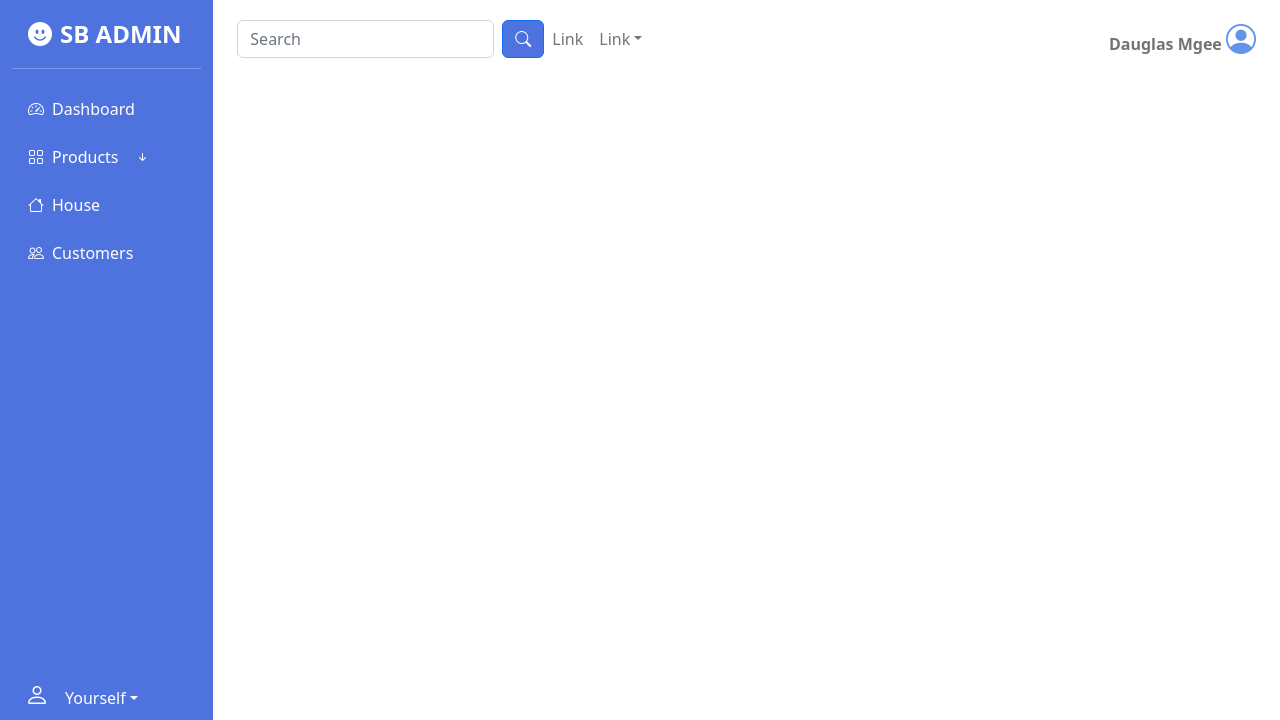
Repository: iqbalaamir/dashboard
Page: /
The author's editor kept a copy of each file at every save. The page is drawn from the files as they stood at one save, then again after the next save.
The browser window is 1280 px wide. The pictures show the whole page.
The project was rebuilt for these pictures with package versions that can differ from the ones it lists, and the page was loaded fresh each time. Also part of the build but not shown: src/App.css.

Above is the page before, as saved 2023-04-24 18:03:42.

### src/App.js
import "./App.css";
import Sidebar from "./components/Sidebar";


function App() {
  return (
<div>
  <Sidebar/>
</div>
  );
}

export default App;

### src/components/Sidebar.js
import React from "react";
import "bootstrap/dist/css/bootstrap.min.css";
import "bootstrap-icons/font/bootstrap-icons.css";
import "bootstrap/js/dist/dropdown";
import "bootstrap/js/dist/collapse";
import "./sidebar.css";
import NavbarComponent from "./NavbarComponent";

export default function Sidebar() {
  return (
    <div className="container-fluid">
      <div className="row">
        <div className="col-auto col-sm-2 sideNav d-flex flex-column justify-content-between min-vh-100">
          <div className="mt-3">
            <a
              className="text-decoration-none ms-3 d-flex align-items-center text-white customHeading"
              role="button"
            >
                 <i className="bi bi-emoji-smile-fill"></i>
              <span className="ms-2 d-none d-sm-inline">SB ADMIN</span>
            </a>
            <hr className="text-white d-none d-sm-block"></hr>
            <ul class="nav nav-pills flex-column mt-2 mt-sm-0" id="parentM">
              <li class="nav-item  my-1 py-2 py-sm-0">
                <a
                  class="nav-link text-white text-center text-sm-start"
                  href="#"
                  aria-current="page"
                >
                  <i className="bi bi-speedometer2"></i>
                  <span className="ms-2 d-none d-sm-inline">Dashboard</span>
                </a>
              </li>
              <li class="nav-item  my-1 py-2 py-sm-0">
                <a
                  class="nav-link text-white text-center text-sm-start"
                  href="#submenu"
                  data-bs-toggle="collapse"
                  aria-current="page"
                >
                  <i className="bi bi-grid"></i>
                  <span className="ms-2 d-none d-sm-inline">Products</span>
                  <i className="bi bi-arrow-down-short ms-0 ms-sm-3"></i>
                </a>
                <ul
                  class="nav collapse ms-2 flex-column"
                  id="submenu"
                  data-bs-parent="#parentM"
                >
                  <li class="nav-item ">
                    <a class="nav-link text-white" href="#" aria-current="page">
                      <span className="d-none d-sm-inline"> Item</span>1
                    </a>
                  </li>
                  <li class="nav-item ">
                    <a class="nav-link text-white" href="#">
                      <span className="d-none d-sm-inline"> Item</span>2
                    </a>
                  </li>
                </ul>
              </li>
              <li class="nav-item  my-1">
                <a
                  class="nav-link text-white text-center text-sm-start"
                  href="#"
                  aria-current="page"
                >
                  <i className="bi bi-house"></i>
                  <span className="ms-2 d-none d-sm-inline">House</span>
                </a>
              </li>
              <li class="nav-item text-white my-1">
                <a
                  class="nav-link text-white text-center text-sm-start"
                  href="#"
                  aria-current="page"
                >
                  <i className="bi bi-people"></i>
                  <span className="ms-2 d-none d-sm-inline">Customers</span>
                </a>
              </li>
            </ul>
          </div>
          <div class="dropdown open">
            <a
              class="btn border-none dropdown-toggle text-white"
              type="button"
              id="triggerId"
              data-bs-toggle="dropdown"
              aria-haspopup="true"
              aria-expanded="false"
            >
              <i className="bi bi-person fs-4"></i>
              <span className="f5-5 ms-3 d-none d-sm-inline">Yourself</span>
            </a>
            <div class="dropdown-menu" aria-labelledby="triggerId">
              <a class="dropdown-item" href="#">
                Profile
              </a>
              <a class="dropdown-item" href="#">
                Setting
              </a>
            </div>
          </div>

        </div>
        <div className="col">
       <NavbarComponent/>
        </div>

      </div>
    </div>
  );
}

### src/components/sidebar.css
#parentM li a:hover {
    background-color: #9eacd4;

}
.sideNav{
   background-color: #4e73df;
}
.customHeading{
    font-weight: bold;
    font-size: x-large;
}

### src/components/NavbarComponent.js
import Button from "react-bootstrap/Button";
import Container from "react-bootstrap/Container";
import Form from "react-bootstrap/Form";
import Nav from "react-bootstrap/Nav";
import Navbar from "react-bootstrap/Navbar";
import NavDropdown from "react-bootstrap/NavDropdown";

function NavbarComponent() {
  return (
    <Navbar expand="lg">
      <Container fluid>
        {/* <Navbar.Toggle aria-controls="navbarScroll" />
        <Navbar.Collapse id="navbarScroll">
          <Form className="d-flex">
            <Form.Control
              type="search"
              placeholder="Search"
              className="me-2"
              aria-label="Search"
            />
            <Button style={{backgroundColor:"#4e73df"}}> <i class="bi bi-search"></i></Button>
          </Form>
          <Nav
            className="me-auto my-2 my-lg-0"
            style={{ maxHeight: "100px" }}
            navbarScroll
          >
            <Nav.Link href="#action1" className="justify-content-end">
              {" "}
            <span>Dauglas MGee</span>  <i class="bi bi-person-circle" style={{fontSize:30}}></i>
            </Nav.Link>
            <Nav.Link href="#action2">Link</Nav.Link>
            <NavDropdown title="Link" id="navbarScrollingDropdown">
              <NavDropdown.Item href="#action3">Action</NavDropdown.Item>
              <NavDropdown.Item href="#action4">
                Another action
              </NavDropdown.Item>
              <NavDropdown.Divider />
              <NavDropdown.Item href="#action5">
                Something else here
              </NavDropdown.Item>
            </NavDropdown>
            <Nav.Link href="#" disabled>
              Link
            </Nav.Link>
          </Nav>
        </Navbar.Collapse> */}
          <Form className="d-flex">
            <Form.Control
              type="search"
              placeholder="Search"
              className="me-2"
              aria-label="Search"
            />
            <Button style={{backgroundColor:"#4e73df"}}> <i class="bi bi-search"></i></Button>
          </Form>

        <Navbar.Toggle />

        <Navbar.Collapse className="justify-content-end">
        <Nav
            className="me-auto my-2 my-lg-0"
            style={{ maxHeight: "100px" }}
            navbarScroll
          >

            <Nav.Link href="#action2">Link</Nav.Link>
            <NavDropdown title="Link" id="navbarScrollingDropdown">
              <NavDropdown.Item href="#action3">Action</NavDropdown.Item>
              <NavDropdown.Item href="#action4">
                Another action
              </NavDropdown.Item>
              <NavDropdown.Divider />
              <NavDropdown.Item href="#action5">
                Something else here
              </NavDropdown.Item>
            </NavDropdown>

          </Nav>
          <Navbar.Text>
            {/* Signed in as: <a href="#login">Mark Otto</a> */}
          <b> Dauglas Mgee</b>  <i class="bi bi-person-circle" style={{fontSize: 30,marginTop:10, color: "cornflowerblue"}}></i>
          </Navbar.Text>
        </Navbar.Collapse>
      </Container>
    </Navbar>
  );
}

export default NavbarComponent;

Loaded but not shown: public/index.html (common file); src/index.js (common file); src/index.css (common file); src/reportWebVitals.js (common file)

After the next save:
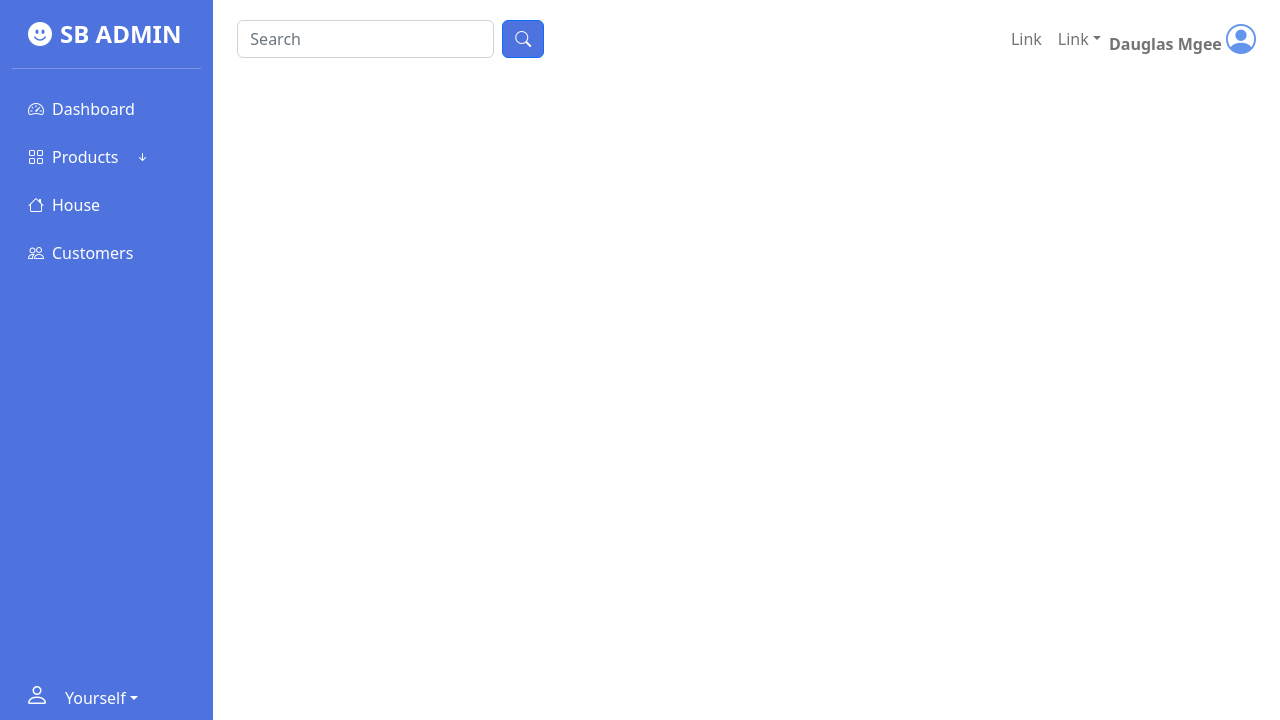
Saved 18 s later.
--- a/src/components/NavbarComponent.js
+++ b/src/components/NavbarComponent.js
@@ -59,9 +59,7 @@
 
         <Navbar.Collapse className="justify-content-end">
         <Nav
-            className="me-auto my-2 my-lg-0"
-            style={{ maxHeight: "100px" }}
-            navbarScroll
+
           >
 
             <Nav.Link href="#action2">Link</Nav.Link>

After the 2 saves that followed:
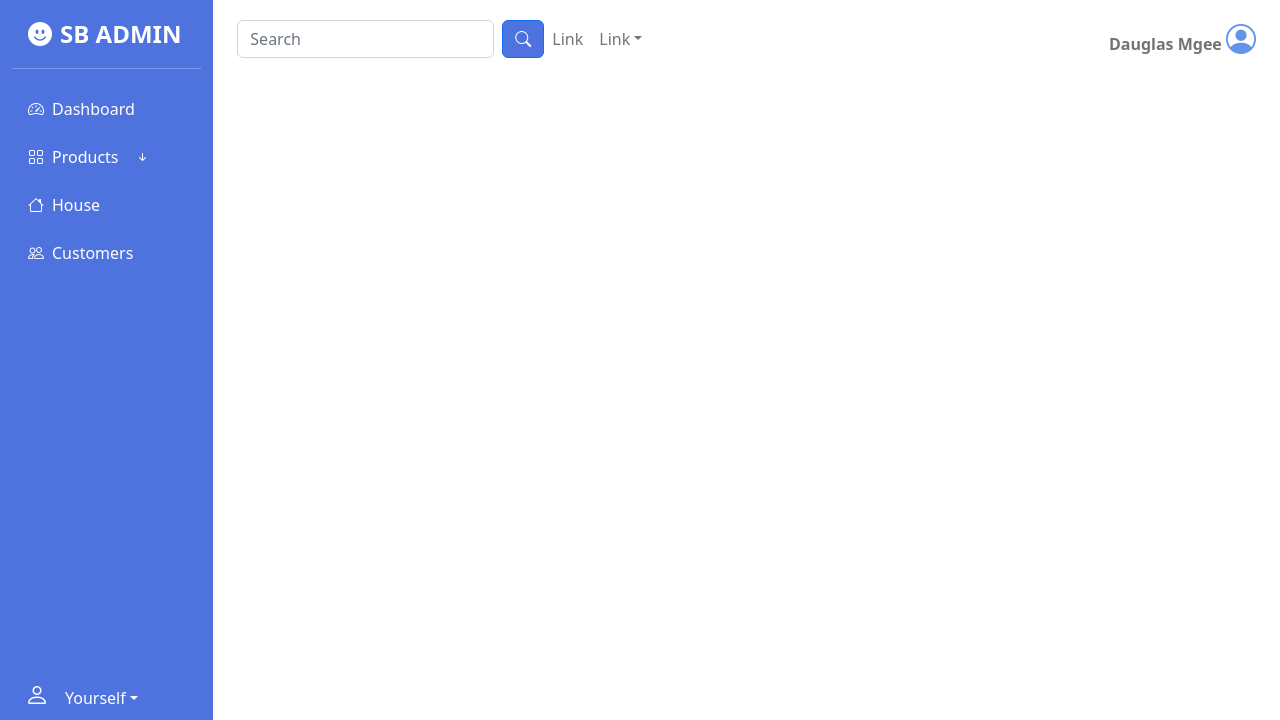
The 2 saves are shown as one change because 1 left the picture as it was.
The last was saved 13 s later.
--- a/src/components/NavbarComponent.js
+++ b/src/components/NavbarComponent.js
@@ -59,7 +59,9 @@
 
         <Navbar.Collapse className="justify-content-end">
         <Nav
-
+            className="me-auto my-2 my-lg-0"
+            style={{ maxHeight: "100px" }}
+            navbarScroll
           >
 
             <Nav.Link href="#action2">Link</Nav.Link>
